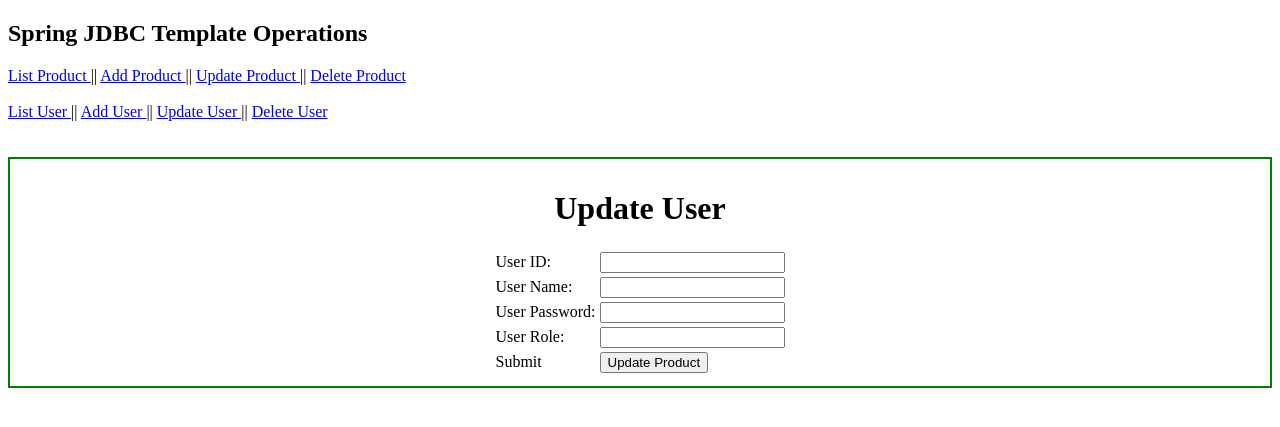
Repository: AnushkaSharma9/Make-an-E-commerce-Website-For-SportyShoes-sportyshoes
Page: http://localhost/phase3-Project-SportyShoes-Webappplication/WEB-INF/view/update-user.jsp
An editor plug-in stored every save of this project. The page is shown before and after the next save, followed by the edit.
The browser window is 1280 px wide. The pictures show the whole page.
The page is served by Tomcat 9. Nobody is signed in. Other server files are loaded and not shown. The template is opened directly, without the code that normally fills it, so the values that code supplies are empty.

Above is the page before, as saved 2021-10-25 10:42:37.

### phase3-Project-SportyShoes-Webappplication/src/main/webapp/WEB-INF/view/update-user.jsp
<%@ page language="java" contentType="text/html; charset=UTF-8"
	pageEncoding="UTF-8"%>
<%@ taglib uri="http://www.springframework.org/tags/form" prefix="form"%>
<%@ taglib uri="http://java.sun.com/jsp/jstl/core" prefix="core"%>

<!DOCTYPE html>
<html>
<head>
<meta charset="UTF-8">
<title>Update Product</title>
</head>
<body>

	<jsp:include page="index.jsp"></jsp:include>

	<div align="center" style="border: 2px solid green;padding :10px;" >
		<h1>Update User</h1>
		<form:form action="update-user" method="post" modelAttribute="eUser" >
			<table border="0">
			    <tr>
					<td>User ID:</td>
					<td><form:input path="id" /></td>
				</tr>

				<tr>
					<td>User Name:</td>
					<td><form:input path="name" /></td>
				</tr>

				<tr>
					<td>User Password:</td>
					<td><form:input path="price" /></td>
				</tr>

                 <tr>
					<td>User Role:</td>
					<td><form:input path="price" /></td>
				</tr>

				<tr>
					<td>Submit</td>
					<td><input type="submit" value="Update Product" /></td>
				</tr>
			</table>
		</form:form>
	</div>
</body>
</html>

### phase3-Project-SportyShoes-Webappplication/src/main/webapp/WEB-INF/view/index.jsp
<html>
<body>
	<h2>Spring JDBC Template Operations</h2>
	<a href="list-products"> List Product </a> ||
	<a href="add-product"> Add Product </a>  ||
	<a href="update-product"> Update Product </a>||
   	<a href="delete-product"> Delete Product </a>

   	<br><br>
   	<a href="list-users"> List User </a> ||
	<a href="add-user"> Add User </a>  ||
	<a href="update-user"> Update User </a>||
   	<a href="delete-user"> Delete User </a>


	<br><br><br>
</body>
</html>

After the next save:
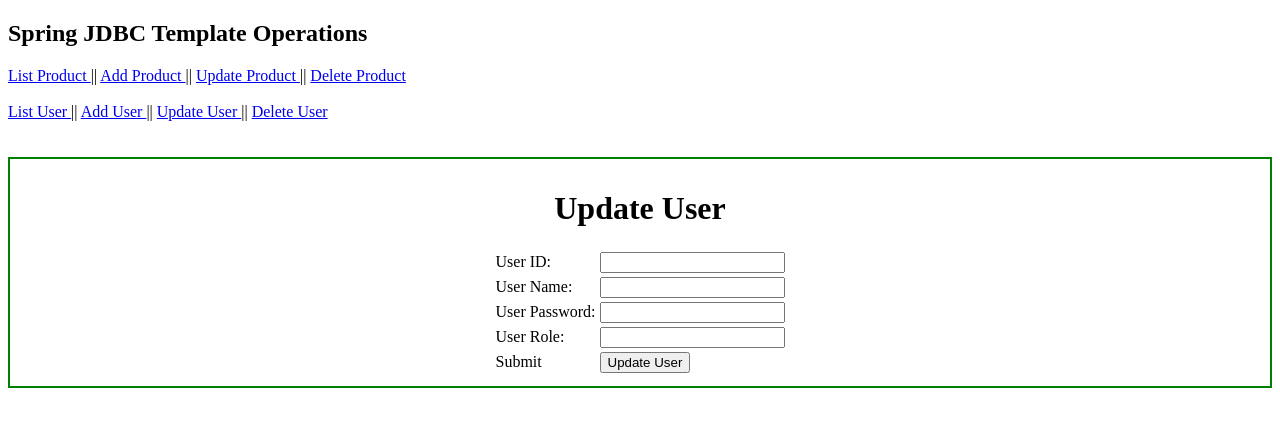
Saved 21 s later.
--- a/phase3-Project-SportyShoes-Webappplication/src/main/webapp/WEB-INF/view/update-user.jsp
+++ b/phase3-Project-SportyShoes-Webappplication/src/main/webapp/WEB-INF/view/update-user.jsp
@@ -24,22 +24,22 @@
 
 				<tr>
 					<td>User Name:</td>
-					<td><form:input path="name" /></td>
+					<td><form:input path="username" /></td>
 				</tr>
 
 				<tr>
 					<td>User Password:</td>
-					<td><form:input path="price" /></td>
+					<td><form:input path="password" /></td>
 				</tr>
 
                  <tr>
 					<td>User Role:</td>
-					<td><form:input path="price" /></td>
+					<td><form:input path="role" /></td>
 				</tr>
 
 				<tr>
 					<td>Submit</td>
-					<td><input type="submit" value="Update Product" /></td>
+					<td><input type="submit" value="Update User" /></td>
 				</tr>
 			</table>
 		</form:form>
